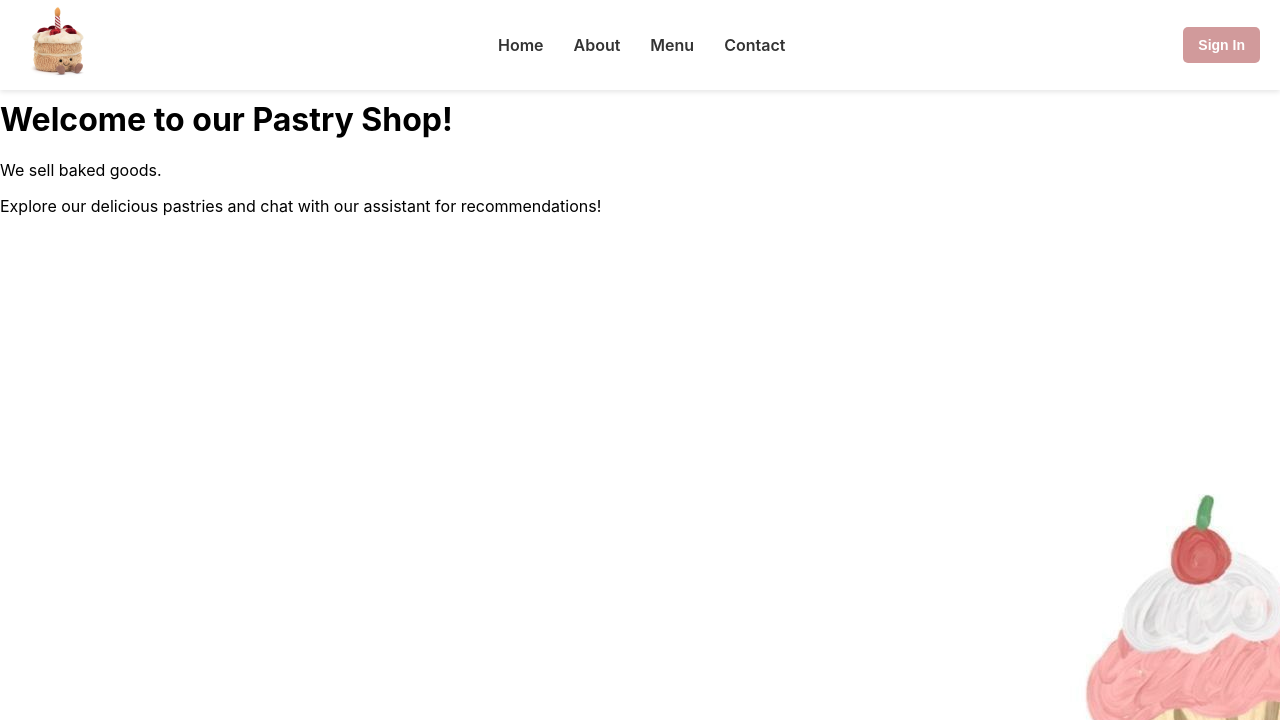
Repository: agrnerd17/Website-Chatbot
Page: / (app in pastry-chatbot/)
The author's editor kept a copy of each file at every save. The page is drawn from the files as they stood at one save, then again after a run of saves.
The browser window is 1280 px wide. The pictures show the whole page.
The project was rebuilt for these pictures with package versions that can differ from the ones it lists, and the page was loaded fresh each time. Also part of the build but not shown: pastry-chatbot/src/api/cohereAPI.js, pastry-chatbot/src/styles/Chatbot.css, pastry-chatbot/src/components/Chatbot.js.

Above is the page before, as saved 2024-12-08 14:59:28.

After the next 2 saves:
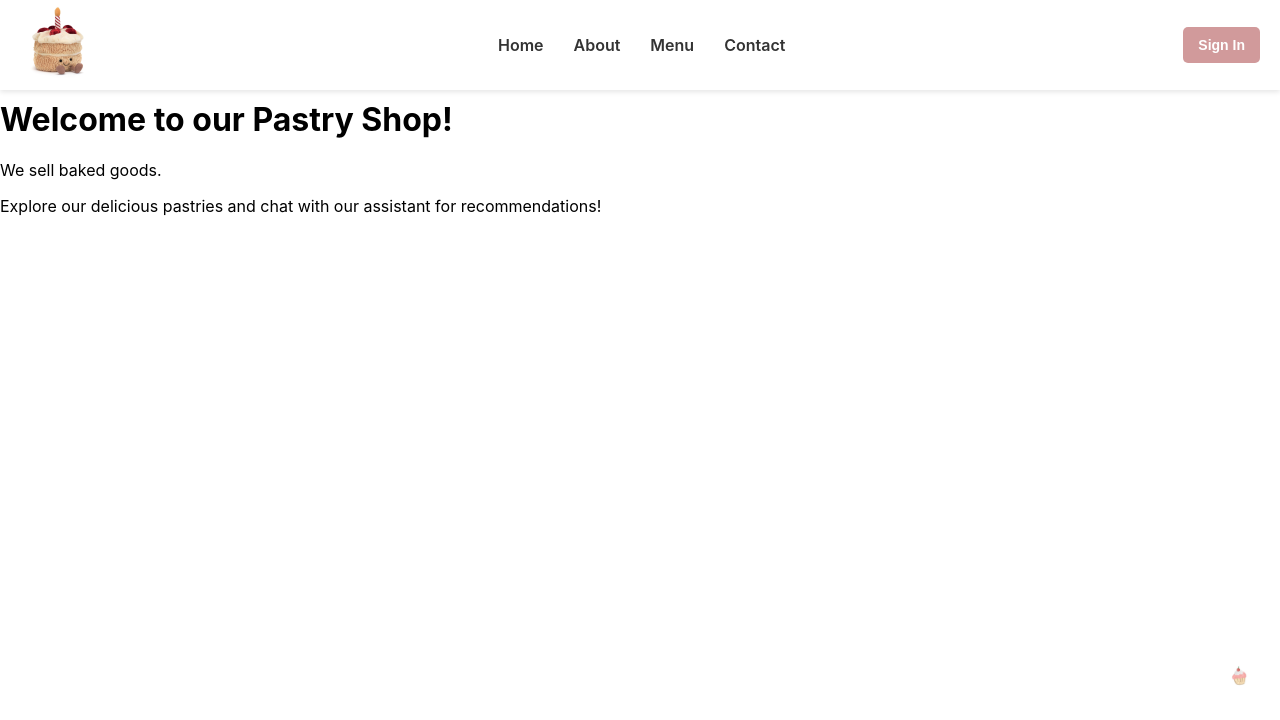
The 2 saves are shown as one change because 1 did not build or start.
The last was saved 61 s later.
--- a/pastry-chatbot/src/components/ChatbotIcon.js
+++ b/pastry-chatbot/src/components/ChatbotIcon.js
@@ -1,26 +1,22 @@
-import React, { useState } from "react";
-import "../styles/ChatbotIcon.css"; // Ensure this file exists
-import chatIcon from "../assets/chatbot-icon.jpg"; // Replace with your icon
+import React from "react";
+import chatbotIcon from "../assets/chatbot-icon.jpg"; // Correct path
 
-const ChatbotIcon = () => {
-  const [isChatOpen, setIsChatOpen] = useState(false);
-
-  const toggleChat = () => {
-    setIsChatOpen(!isChatOpen);
-  };
-
+const ChatbotIcon = ({ onClick }) => {
   return (
-    <div>
-      <div className="chatbot-icon" onClick={toggleChat}>
-        <img src={chatIcon} alt="Chat with us" />
-      </div>
-      {isChatOpen && (
-        <div className="chatbot-popup">
-          <h2>Chat with Us!</h2>
-          <textarea placeholder="Type your message here..." />
-          <button>Send</button>
-        </div>
-      )}
+    <div
+      onClick={onClick}
+      style={{
+        position: "fixed",
+        bottom: "20px",
+        right: "20px",
+        cursor: "pointer",
+      }}
+    >
+      <img
+        src={chatbotIcon}
+        alt="Chatbot"
+        style={{ width: "40px", height: "40px" }} // Adjusted size
+      />
     </div>
   );
 };
